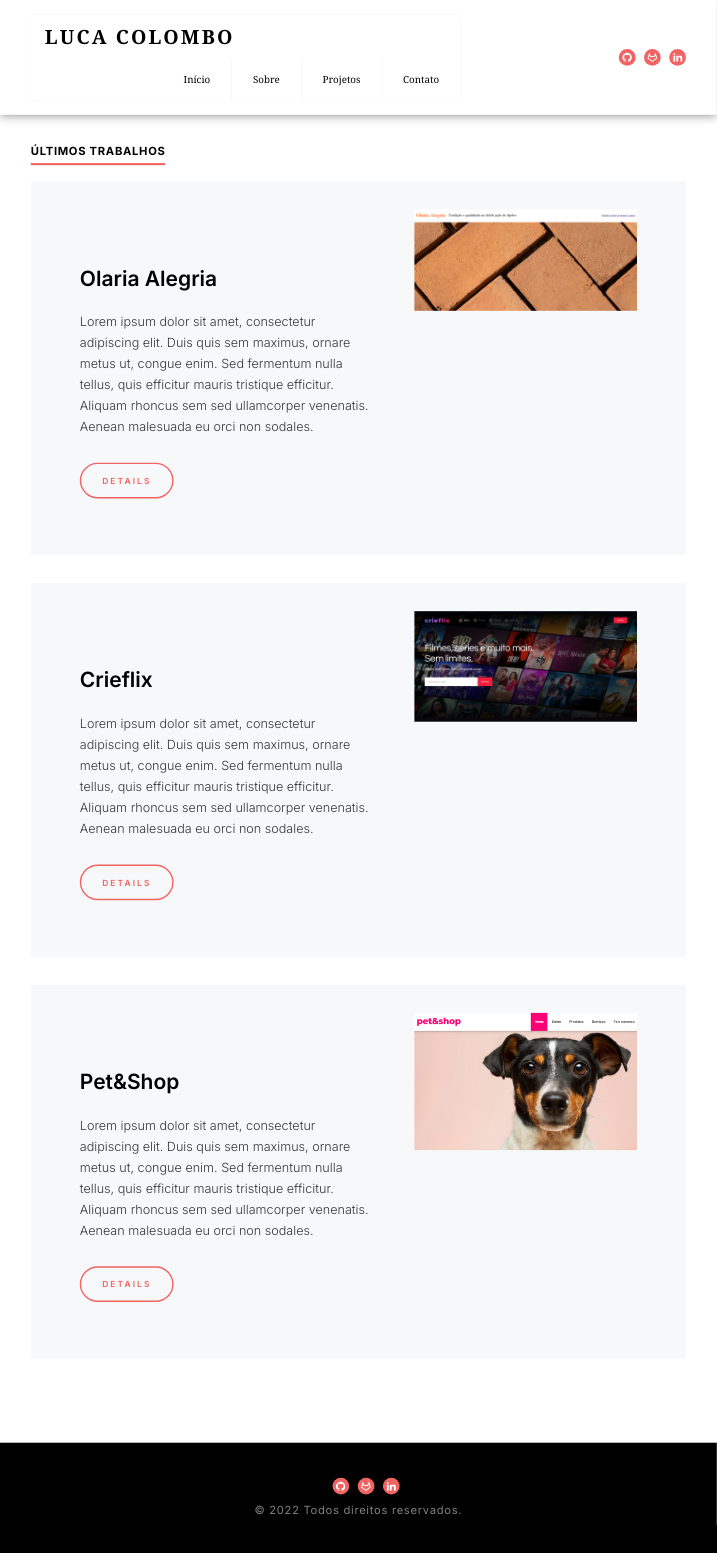
Repository: lxcxcxlxmb/portfolio
Page: projetos.html
An editor plug-in stored every save of this project. The page is shown before and after the next save, followed by the edit.
The browser window is 1024 px wide. The pictures show the part of the page from y = 0 to 2240 px (the page is 2219 px tall before and 5039 px after), at 70% of full size.

Above is the page before, as saved 2022-05-25 16:10:02.

After the next save:
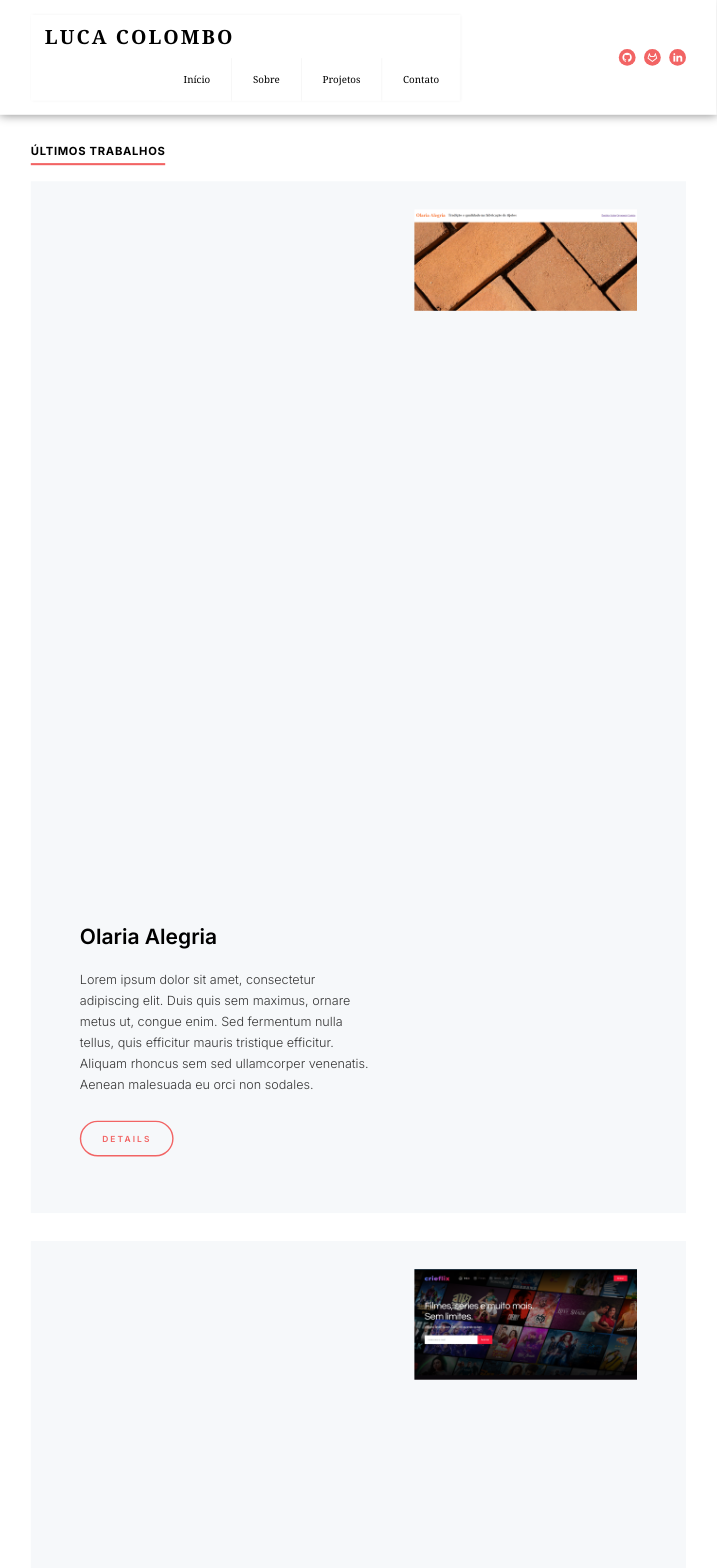
Saved 7 s later.
--- a/styles.css
+++ b/styles.css
@@ -894,8 +894,8 @@ span.ds-department {
 	}
 
 	.ds-work-tilte {
-		padding-top: 60px;
-	}
-
-
-}
+		padding-top: 1000px;
+	}
+
+
+}
